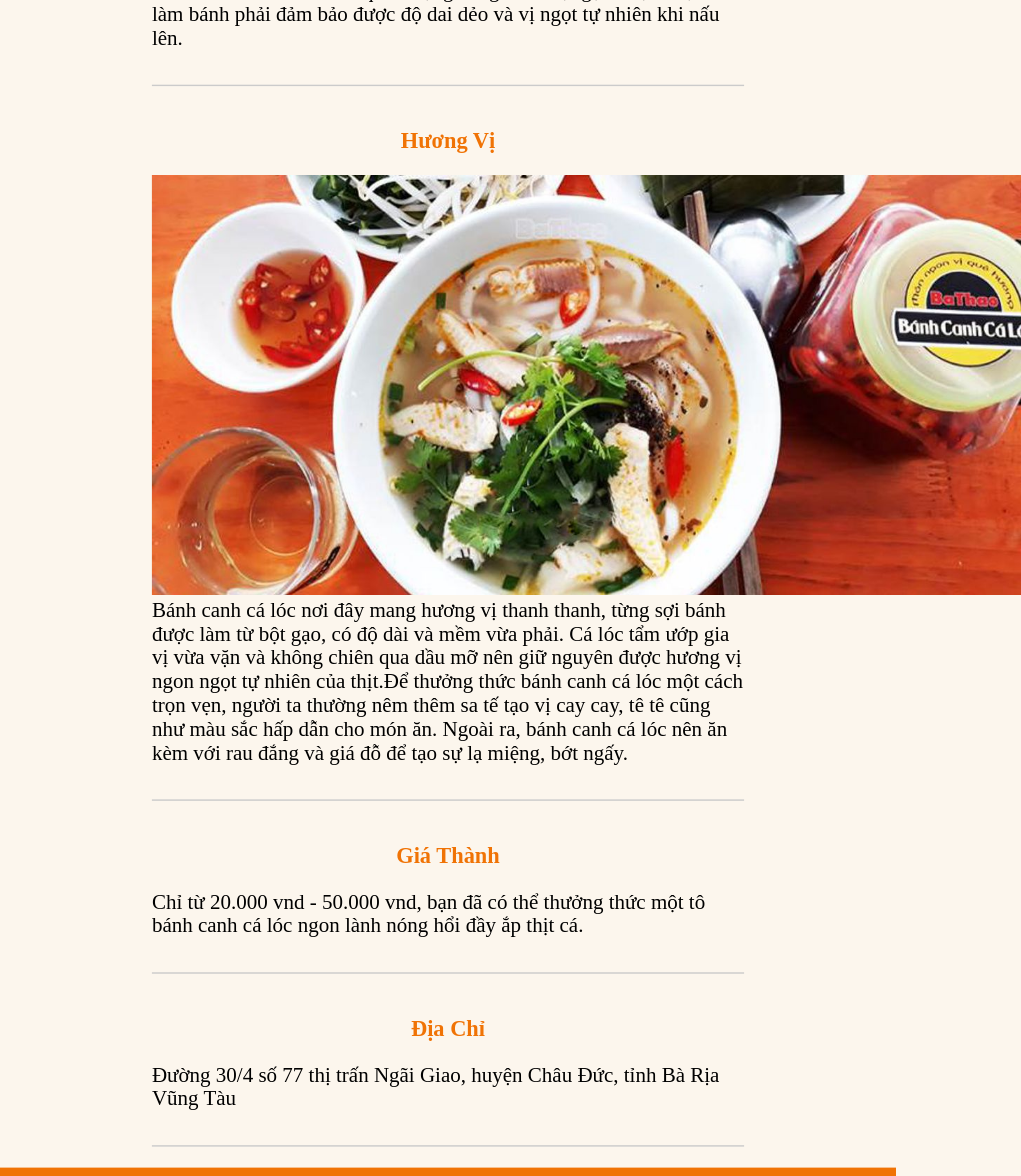
Repository: LeCongTuan2608/AmThuc
Page: public/index.html
An editor plug-in stored every save of this project. The page is shown before and after the next save, followed by the edit.
The browser window is 1280 px wide. The page is 1459 px wide, then 1280 px, so the pictures cover 1459 px, including what lies to the right of the window. The pictures show the part of the page from y = 1190 to 2870 px (the page is 3258 px tall before and 3067 px after), at 70% of full size.
Some web fonts or font styles are not loaded; a fallback is used. The style sheet was rebuilt from its Sass, Less or Tailwind sources for each picture, by a compiler version that may differ from the author's.

Above is the page before, as saved 2022-04-15 12:25:48.

### public/index.html
<!DOCTYPE html>
<html lang="en">
   <head>
      <meta charset="UTF-8" />
      <meta http-equiv="X-UA-Compatible" content="IE=edge" />
      <meta name="viewport" content="width=device-width, initial-scale=1.0" />
      <link rel="stylesheet" href="../sass/css/index.css" />
      <link rel="stylesheet" href="../Javascript/app.js" />

      <script type="module" src="https://unpkg.com/ionicons@5.5.2/dist/ionicons/ionicons.esm.js"></script>
      <script nomodule src="https: // unkg .com / ionicons @ 5.5.2 / dist / ionicons / ionicons.js "></script>

      <link rel="preconnect" href="https://fonts.googleapis.com" />
      <link rel="preconnect" href="https://fonts.gstatic.com" crossorigin />
      <link href="https://fonts.googleapis.com/css2?family=Updock&display=swap" rel="stylesheet" />
      <title>Bánh Canh O Quả</title>
   </head>
   <body>
      <header>
         <div id="header">
            <h1>Bánh Canh O Quả</h1>
            <ion-icon name="list-outline"></ion-icon>
         </div>
      </header>
      <main>
         <div id="container">
            <div id="top">
               <div id="image">
                  <img src="../images/anh-3.png" alt="" />
               </div>
            </div>
            <div id="middle">
               <div id="contents">
                  <div id="story" class="posts">
                     <h1>Món Ăn Tinh Hoa Ẩm Thực Việt Nam</h1>
                     <p>
                        Bánh canh cá lóc là một món ăn dân dã, quen thuộc trong cuộc sống thường ngày của người dân ở
                        các tỉnh miền Trung, trong đó có Huế. Để có được một tô bánh canh đậm đà hương vị như thế là cả
                        một quá trình công phu, khéo léo, tỉ mỉ từ người đầu bếp.
                     </p>
                  </div>
                  <div id="ingredient" class="posts">
                     <h1>Nguyên Liệu</h1>
                     <p>
                        Món bánh canh có thành phần khá đơn giản, bao gồm sợi bánh canh làm từ bột gạo, thịt cá lóc và
                        một số gia vị khác. Nguyên liệu chính của món ăn luôn là khâu quan trọng hàng đầu. Bột gạo được
                        chọn đế làm bánh phải đảm bảo được độ dai dẻo và vị ngọt tự nhiên khi nấu lên.
                     </p>
                  </div>
                  <div id="taste" class="posts">
                     <h1>Hương Vị</h1>
                     <img src="../images/anh-7.jpg" alt="" />
                     <p>
                        Bánh canh cá lóc nơi đây mang hương vị thanh thanh, từng sợi bánh được làm từ bột gạo, có độ dài
                        và mềm vừa phải. Cá lóc tẩm ướp gia vị vừa vặn và không chiên qua dầu mỡ nên giữ nguyên được
                        hương vị ngon ngọt tự nhiên của thịt.Để thưởng thức bánh canh cá lóc một cách trọn vẹn, người ta
                        thường nêm thêm sa tế tạo vị cay cay, tê tê cũng như màu sắc hấp dẫn cho món ăn. Ngoài ra, bánh
                        canh cá lóc nên ăn kèm với rau đắng và giá đỗ để tạo sự lạ miệng, bớt ngấy.
                     </p>
                  </div>
                  <div id="price" class="posts">
                     <h1>Giá Thành</h1>
                     <p>
                        Chỉ từ 20.000 vnd - 50.000 vnd, bạn đã có thể thưởng thức một tô bánh canh cá lóc ngon lành nóng
                        hổi đầy ắp thịt cá.
                     </p>
                  </div>
                  <div id="address" class="posts">
                     <h1>Địa Chỉ</h1>
                     <p>Đường 30/4 số 77 thị trấn Ngãi Giao, huyện Châu Đức, tỉnh Bà Rịa Vũng Tàu</p>
                  </div>
               </div>
            </div>
         </div>
      </main>
      <footer></footer>
   </body>
</html>

### sass/index.scss
@import './variables';
html{
    font-size: 100%;
    width: 100%;
    height: 100%;
}
*{
    margin: 0;
    padding: 0;
}
body{
    width: 100%;
    height: 100%;
    background-color: $background_Color;
}
header #header{
    display: flex;
    height: 50px;
    padding: 20px;
    align-items: center;
    justify-content: space-between;
}
#header h1{
    color: $words_Color;
    cursor: pointer;
    font-family: $words_font;
}
#header ion-icon{
    font-size: 30px;
    cursor: pointer;
}
main{
    width: 100%;
    display: flex;
    justify-content: center;
}
main #container{
    height: auto;
    display: flex;
    width: 70%;
    flex-direction: column;
    // justify-content: center;

}
#top {
    height: 45%;
}
#image{
    height: 100%;
    background-size: cover;
}
#image img{
    width: 100%;
    height: 100%;
    border-radius: 8px;
    background-size: cover;
}
#contents{
    width: auto;
    height: auto;
    padding: 30px 25px 30px 25px;
}
.posts{
    border-bottom-style: solid;
    border-width: 2px;
    border-color: #cbcbcb;
    padding-bottom: 50px;
}
.posts h1{
    color: $words_Color;
    text-align: center;
    margin: 60px 0 30px 0;
    font-family: $words_font;
}
.posts p{
    font-size: $font_Size;
    font-family: $words_font;
}

footer{
    height: 200px;
    background-color: $words_Color;
}
@media screen and (max-width: 415px) {
    main #container{
        height: auto;
        display: flex;
        width: 90%;
        flex-direction: column;
    }
    #contents{
        width: auto;
        height: auto;
        padding: 5px 5px 10px 5px;
    }
    .posts{
        border-bottom-style: solid;
        border-width: 2px;
        border-color: #cbcbcb;
        padding-bottom: 30px;
    }
    .posts h1{
        color: $words_Color;
        text-align: center;
        margin: 20px 0 20px 0;
        font-family: $words_font;
    }
}
// @media screen and (max-width: 376px) {
//     #contents{
//         width: auto;
//         height: auto;
//         padding: 5px 5px 10px 5px;
//     }
//     .posts{
//         border-bottom-style: solid;
//         border-width: 2px;
//         border-color: #cbcbcb;
//         padding-bottom: 30px;
//     }
//     .posts h1{
//         color: $words_Color;
//         text-align: center;
//         margin: 20px 0 20px 0;
//         font-family: $words_font;
//     }
// }

### sass/variables.scss
$background_Color: #fcf6ed;
$words_Color: #f07305;
$words_font: 'Updock', cursive;
$font_Size: 30px;

Loaded but not shown: Javascript/app.js (no stored copy; drawn as an empty file)

After the next save:
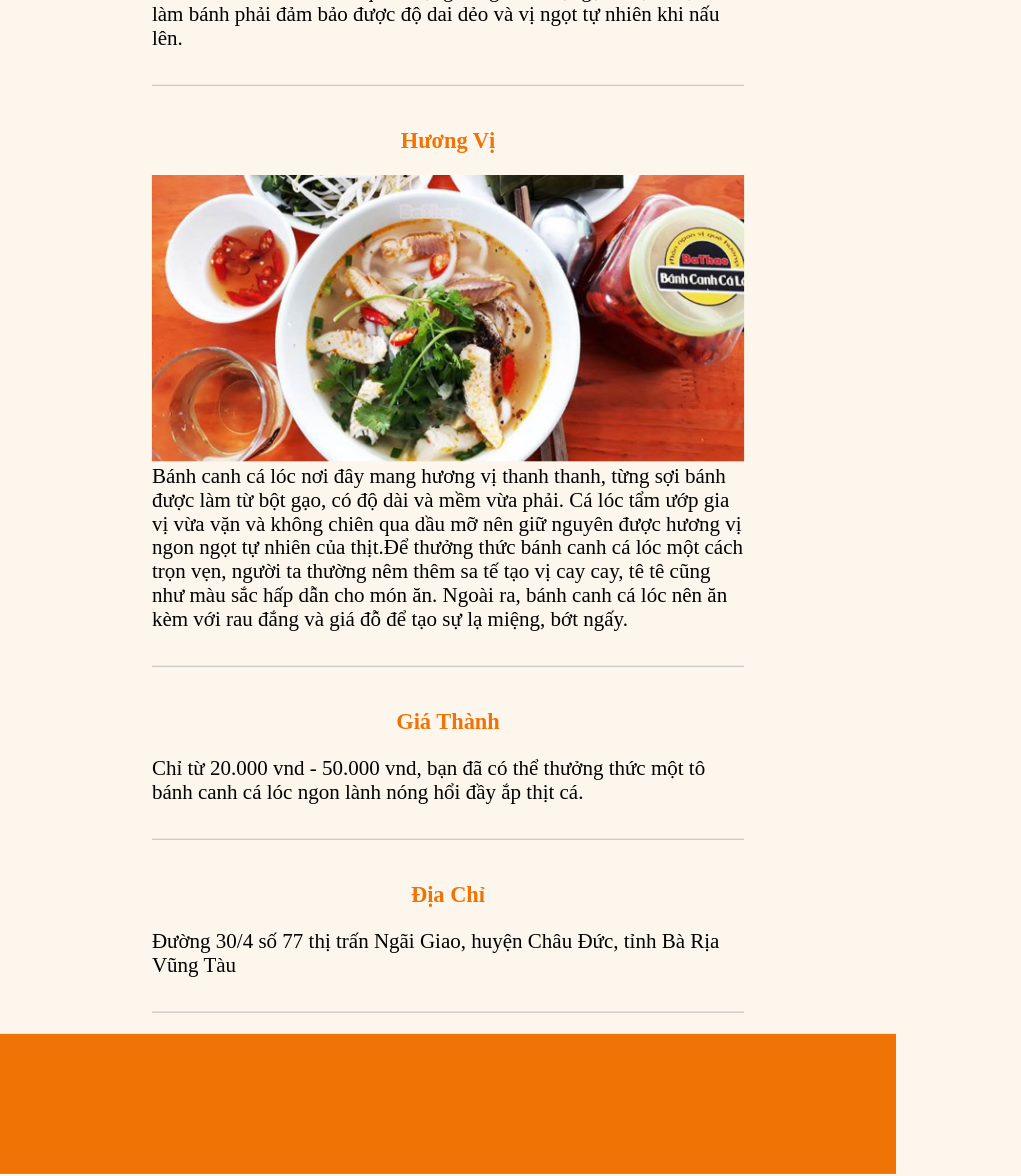
Saved 64 s later.
--- a/sass/index.scss
+++ b/sass/index.scss
@@ -72,6 +72,11 @@ main #container{
     margin: 60px 0 30px 0;
     font-family: $words_font;
 }
+.posts img{
+    width: 100%;
+    height: 100%;
+    background-size: cover;
+}
 .posts p{
     font-size: $font_Size;
     font-family: $words_font;
